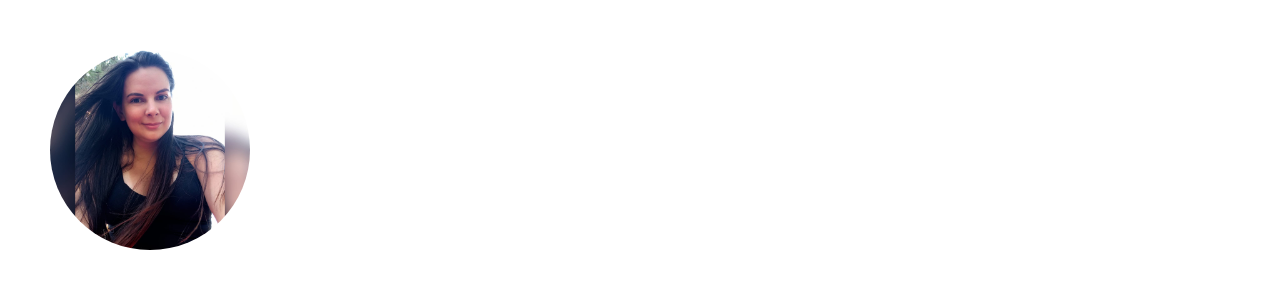
Repository: AnaBerlanda/AppAcademia
Page: index.html
These files come from the project's save history. The page is drawn as it stood at one moment and after the next save; the edit follows.
The browser window is 1280 px wide. The pictures show the whole page.

Above is the page before, as saved 2022-02-03 13:58:34.

### index.html
<!DOCTYPE html>
<html lang="pt-br">

<head>
    <meta charset="utf-8" />
    <title>App Academia</title>
    <style>
        body{
            margin: 50px;
        }
        #redonda{
            width: 200px;
            height: 200px;
            border-radius: 50%;




        }

    </style>
</head>
<body>
    <img id="redonda" src="img/ana.jpg" alt="Foto da Ana">







</body>
</html>

After the next save:
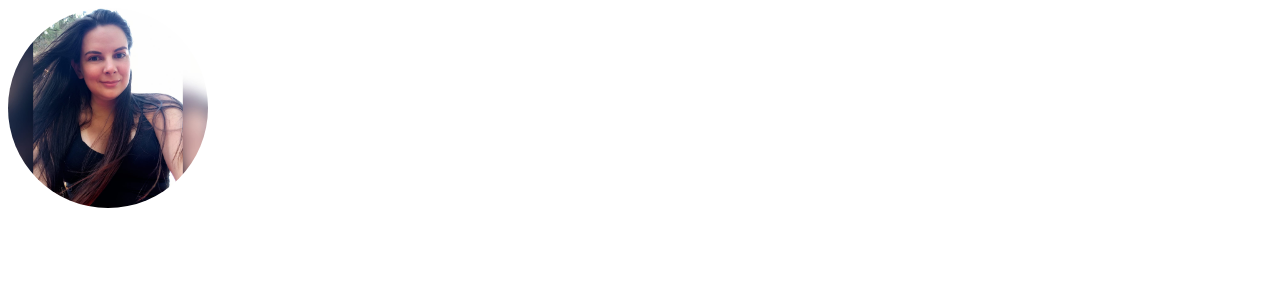
Saved 45 s later.
--- a/index.html
+++ b/index.html
@@ -6,12 +6,13 @@
     <title>App Academia</title>
     <style>
         body{
-            margin: 50px;
+
         }
         #redonda{
             width: 200px;
             height: 200px;
             border-radius: 50%;
+            text-align: center;
 
 
 
